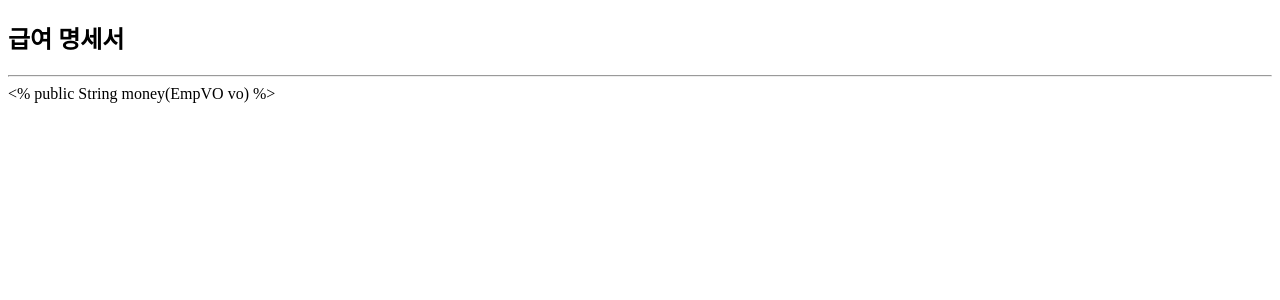
Repository: kz770/sts_test
Page: day0814/src/main/webapp/test.html
The author's editor kept a copy of each file at every save. The page is drawn from the files as they stood at one save, then again after the next save.
The browser window is 1280 px wide. The pictures show the whole page.

Above is the page before, as saved 2024-08-14 01:29:39.

### day0814/src/main/webapp/test.html
<!DOCTYPE html>
<html>
<head>
<meta charset="UTF-8">
<title>Insert title here</title>
</head>
<body>
	<h2>급여 명세서</h2>
	<hr>
	<%
		public String money(EmpVO vo)
	%>
</body>
</html>

After the next save:
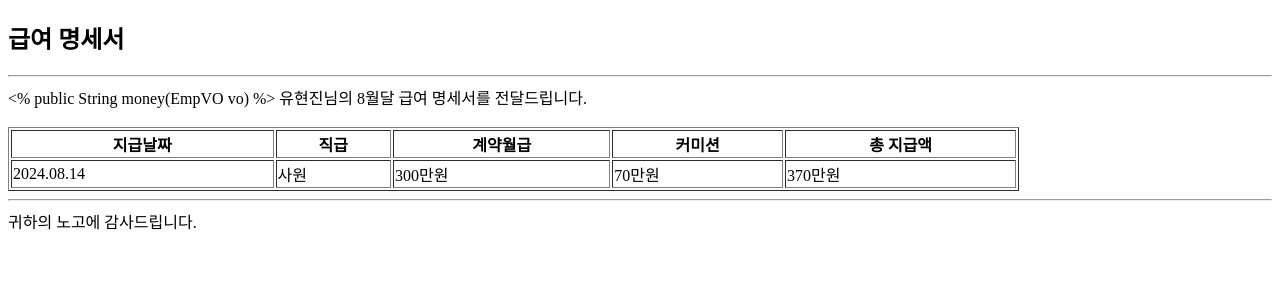
Saved 3 min 33 s later.
--- a/day0814/src/main/webapp/test.html
+++ b/day0814/src/main/webapp/test.html
@@ -10,5 +10,29 @@
 	<%
 		public String money(EmpVO vo)
 	%>
+	유현진님의 8월달 급여 명세서를 전달드립니다.
+	<br><br>
+	<table border="1" width="80%">
+		<thead>
+			<tr>
+				<th>지급날짜</th>
+				<th>직급</th>
+				<th>계약월급</th>
+				<th>커미션</th>
+				<th>총 지급액</th>
+			</tr>
+		</thead>
+		<tbody>
+			<tr>
+				<td>2024.08.14</td>
+				<td>사원</td>
+				<td>300만원</td>
+				<td>70만원</td>
+				<td>370만원</td>
+			</tr>
+		</tbody>
+	</table>
+	<hr>
+	귀하의 노고에 감사드립니다.
 </body>
 </html>
